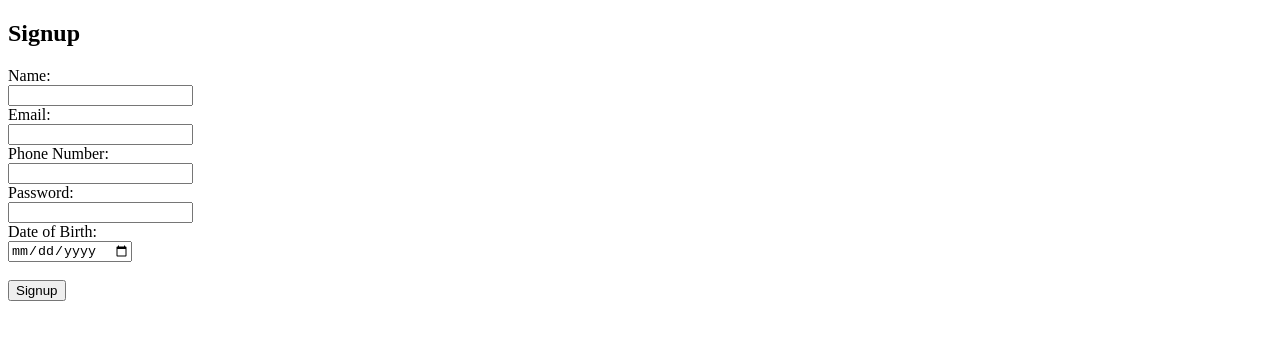
Repository: jeewan-kumar/Jsp
Page: User_App-servlet/src/main/webapp/Signup.html
These files come from the project's save history. The page is drawn as it stood at one moment and after the next save; the edit follows.
The browser window is 1280 px wide. The pictures show the whole page.

Above is the page before, as saved 2024-02-27 04:40:15.

After the next save:
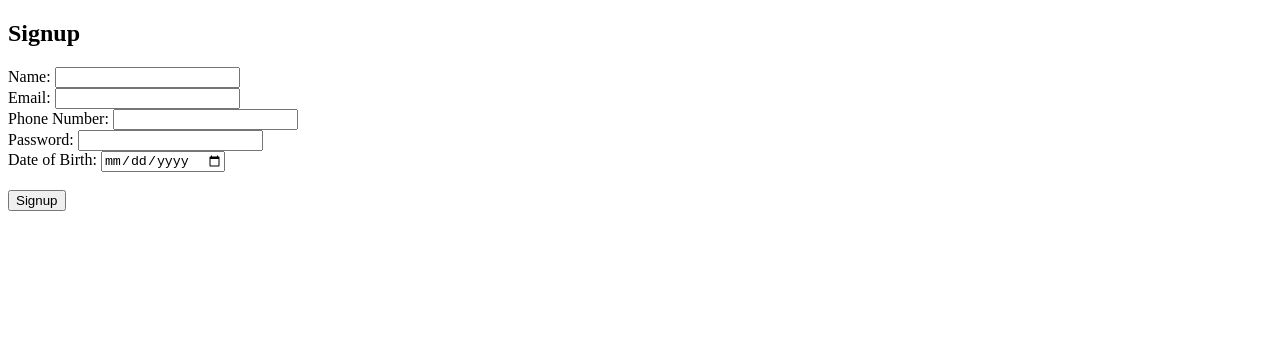
Saved 2 min 28 s later.
--- a/User_App-servlet/src/main/webapp/Signup.html
+++ b/User_App-servlet/src/main/webapp/Signup.html
@@ -8,16 +8,22 @@
 
     <h2>Signup</h2>
     <form action="SignUpServlet" method="post">
-        <label for="name">Name:</label><br>
+
+        <label for="name">Name:</label>
         <input type="text" id="name" name="name"><br>
-        <label for="email">Email:</label><br>
+
+        <label for="email">Email:</label>
         <input type="email" id="email" name="email"><br>
-        <label for="phone">Phone Number:</label><br>
+
+        <label for="phone">Phone Number:</label>
         <input type="text" id="phone" name="phone"><br>
-        <label for="password">Password:</label><br>
+
+        <label for="password">Password:</label>
         <input type="password" id="password" name="password"><br>
-        <label for="dob">Date of Birth:</label><br>
+
+        <label for="dob">Date of Birth:</label>
         <input type="date" id="dob" name="dob"><br><br>
+
         <input type="submit" value="Signup">
     </form>
 

After the save that followed:
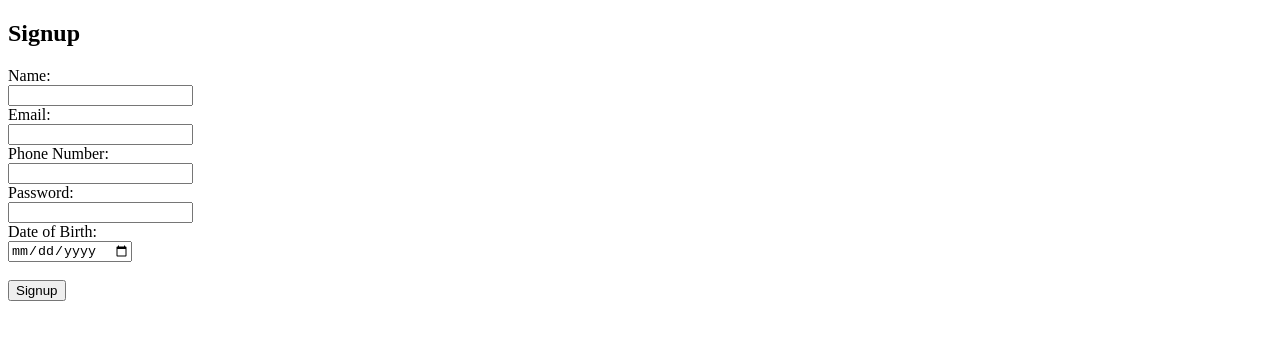
Saved 113 s later.
--- a/User_App-servlet/src/main/webapp/Signup.html
+++ b/User_App-servlet/src/main/webapp/Signup.html
@@ -9,19 +9,19 @@
     <h2>Signup</h2>
     <form action="SignUpServlet" method="post">
 
-        <label for="name">Name:</label>
+        <label for="name">Name:</label><br>
         <input type="text" id="name" name="name"><br>
 
-        <label for="email">Email:</label>
+        <label for="email">Email:</label><br>
         <input type="email" id="email" name="email"><br>
 
-        <label for="phone">Phone Number:</label>
+        <label for="phone">Phone Number:</label><br>
         <input type="text" id="phone" name="phone"><br>
 
-        <label for="password">Password:</label>
+        <label for="password">Password:</label><br>
         <input type="password" id="password" name="password"><br>
 
-        <label for="dob">Date of Birth:</label>
+        <label for="dob">Date of Birth:</label><br>
         <input type="date" id="dob" name="dob"><br><br>
 
         <input type="submit" value="Signup">
